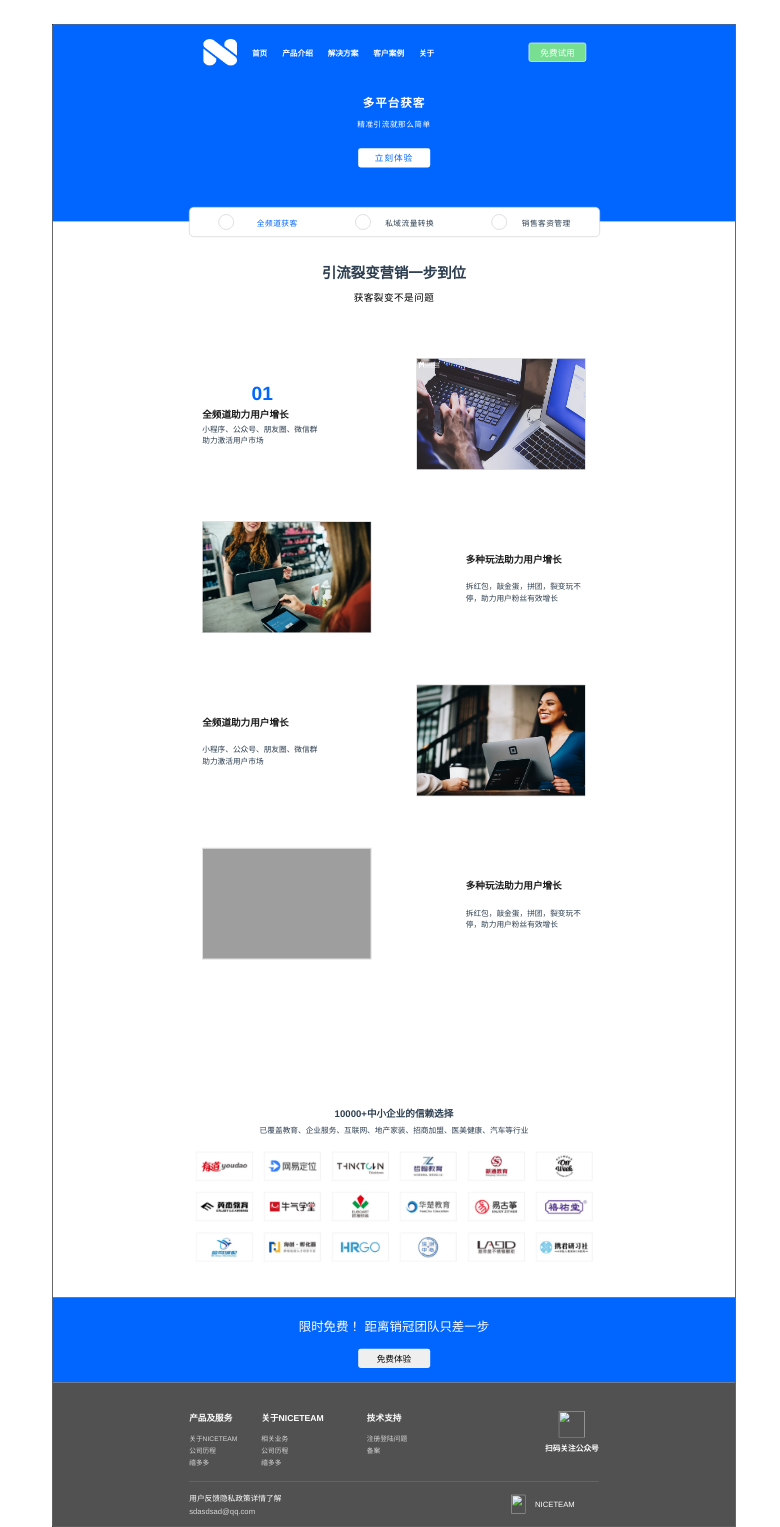
Repository: Alex-2020-0211/xrkj-guanwang
Page: /#/productintroduction (app in src/)
An editor plug-in stored every save of this project. The page is shown before and after the next save, followed by the edit.
The browser window is 1280 px wide. The page is 1300 px wide, so the pictures cover 1300 px, including what lies to the right of the window. The pictures show the whole page, at 60% of full size.
Pictures or frames that could not be fetched are drawn as grey boxes. The project was rebuilt for these pictures with package versions that can differ from the ones it lists, and the page was loaded fresh each time. Also part of the build but not shown: src/src/components/Header.vue, src/src/views/Home.vue.

Above is the page before, as saved 2021-01-08 09:55:56.

### src/public/index.html
<!DOCTYPE html>
<html lang="en">
  <head>
    <meta charset="utf-8">
    <meta http-equiv="X-UA-Compatible" content="IE=edge">
    <meta name="viewport" content="width=device-width,initial-scale=1.0">
    <link rel="icon" href="<%= BASE_URL %>favicon.ico">
    <title><%= htmlWebpackPlugin.options.title %></title>
  </head>
  <body>
    <noscript>
      <strong>We're sorry but <%= htmlWebpackPlugin.options.title %> doesn't work properly without JavaScript enabled. Please enable it to continue.</strong>
    </noscript>
    <div id="app"></div>
    <!-- built files will be auto injected -->
  </body>
  <script>
    (function(){
      var html = document.documentElement;
      function onWindowResize(){
        html.style.fontSize = html.getBoundingClientRect().width / 16 + 'px';
      }
      window.addEventListener('resize',onWindowResize);
      onWindowResize();
    })();
  </script>
</html>

### src/src/main.js
import Vue from 'vue'
import { Image, Carousel, CarouselItem, Popover, Button } from 'element-ui'
import App from './App.vue'
import router from './router'
import store from './store'

import "../src/assets/css/reset.css"

Vue.use( Image )
Vue.use( Carousel )
Vue.use( CarouselItem )
Vue.use( Popover )
Vue.use( Button )

Vue.config.productionTip = false

new Vue({
  router,
  store,
  render: h => h(App)
}).$mount('#app')

### src/src/App.vue
<template>
  <div id="app" v-cloak>
    <router-view />
  </div>
</template>

<style lang="scss">
[v-cloak] {
  display: none !important;
}
html {
  width: 100%;
  height: 100%;
}
body {
  width: 100%;
  height: 100%;
}
#app {
  font-family: Avenir, Helvetica, Arial, sans-serif;
  -webkit-font-smoothing: antialiased;
  -moz-osx-font-smoothing: grayscale;
  text-align: center;
  color: #2c3e50;
  width: 100%;
  height: 100%;
}
</style>

### src/src/router/index.js
import Vue from 'vue'
import VueRouter from 'vue-router'
import Home from '../views/Home.vue'

Vue.use(VueRouter)

const routes = [{
    path: '/',
    name: 'Home',
    component: Home
  },
  {
    path: '/productintroduction',
    name: 'ProductIntroduction',
    component: () => import( /* webpackChunkName: "about" */ '../views/ProductIntroduction.vue')
  },
  {
    path: '/solutions',
    name: 'Solutions',
    component: () => import( /* webpackChunkName: "about" */ '../views/solutions/Solutions.vue'),
  },
  {
    path: '/getcustomer', //以“/”开头的嵌套路径会被当作根路径，所以子路由上不用加“/”;在生成路由时，主路由上的path会被自动添加到子路由之前，所以子路由上的path不用在重新声明主路由上的path了。
    name: 'GetCustomer',
    component: () => import( /* webpackChunkName: "about" */ '../views/solutions/GetCustomer.vue')
  },
  // {
  //   path: '/connect',
  //   name: 'Connect',
  //   component: () => import( /* webpackChunkName: "about" */ '../views/solutions/Connect.vue')
  // },
  {
    path: '/transform',
    name: 'Transform',
    component: () => import( /* webpackChunkName: "about" */ '../views/solutions/Transform.vue')
  },
  {
    path: '/manage',
    name: 'Manage',
    component: () => import( /* webpackChunkName: "about" */ '../views/solutions/Manage.vue')
  },
  {
    path: '/customercase',
    name: 'CustomerCase',
    component: () => import( /* webpackChunkName: "about" */ '../views/CustomerCase.vue')
  },
  {
    path: '/aboutus',
    name: 'AboutUs',
    component: () => import( /* webpackChunkName: "about" */ '../views/AboutUs.vue')
  },
  {
    path: '*',
    name: 'NotFound',
    component: () => import( /* webpackChunkName: "about" */ '../views/NotFound.vue')
  },
]

const router = new VueRouter({
  routes
})

export default router

### src/src/assets/css/reset.css
html {
    overflow-x: auto;
    overflow-y: scroll;
}

body,
dl,
dt,
dd,
ul,
ol,
li,
pre,
form,
fieldset,
input,
p,
blockquote,
th,
td {
    font-weight: 400;
    margin: 0;
    padding: 0;
}

h1,
h2,
h3,
h4,
h4,
h5 {
    margin: 0;
    padding: 0;
}

body {
    background-color: #FFFFFF;
    color: #666666;
    font-family: Helvetica, Arial, sans-serif;
    font-size: 12px;
    padding: 0 10px;
    text-align: left;
}

select {
    font-size: 12px;
}

table {
    border-collapse: collapse;
}

fieldset,
img {
    border: 0 none;
}

fieldset {
    margin: 0;
    padding: 0;
}

fieldset p {
    margin: 0;
    padding: 0 0 0 8px;
}

legend {
    display: none;
}

address,
caption,
em,
strong,
th,
i {
    font-style: normal;
    font-weight: 400;
}

table caption {
    margin-left: -1px;
}

hr {
    border-bottom: 1px solid #FFFFFF;
    border-top: 1px solid #E4E4E4;
    border-width: 1px 0;
    clear: both;
    height: 2px;
    margin: 5px 0;
    overflow: hidden;
}

ol,
ul {
    list-style-image: none;
    list-style-position: outside;
    list-style-type: none;
}

caption,
th {
    text-align: left;
}

q:before,
q:after,
blockquote:before,
blockquote:after {
    content: ””;
}

### src/src/views/ProductIntroduction.vue
<template>
  <div class="productintroduction">
    <div class="border">
      <!-- 头部 -->
      <div class="header">
        <div class="headerTop">
          <p class="bar">
            <img class="logo" src="../assets/img/logo.png" alt />
            <a href="http://localhost:8080/#/">首页</a>
            <a href="http://localhost:8080/#/productintroduction">产品介绍</a>
            <a href="http://localhost:8080/#/solutions">解决方案</a>
            <a href="http://localhost:8080/#/customercase">客户案例</a>
            <a href="http://localhost:8080/#/aboutus">关于</a>
          </p>
          <button class="mianfei">免费试用</button>
        </div>
        <div class="headerMain">
          <div class="theme">
            <dl>
              <dt>多平台获客</dt>
              <dd>精准引流就那么简单</dd>
            </dl>
            <button class="knowMore" @click="goAbout()">立刻体验</button>
          </div>
        </div>
      </div>
      <!-- 导航 -->
      <div class="nav">
        <div
          class="nav-item"
          @click="
            On1();
            goProductIntroduction();
          "
        >
          <p class="nav-circle"></p>
          <span :class="isOn1">全频道获客</span>
        </div>
        <div
          class="nav-item"
          @click="
            On2();
            goTransform();
          "
        >
          <p class="nav-circle"></p>
          <span :class="isOn2">私域流量转换</span>
        </div>
        <div
          class="nav-item"
          @click="
            On3();
            goManage();
          "
        >
          <p class="nav-circle"></p>
          <span :class="isOn3">销售客资管理</span>
        </div>
      </div>
      <!-- OneStop -->
      <div class="oneStop">
        <div class="top">
          <h5>引流裂变营销一步到位</h5>
          <p class="question">
            获客裂变不是问题
          </p>
          <div class="case">
            <dl>
              <span class="sort">01</span>
              <dt>全频道助力用户增长</dt>
              <dd>小程序、公众号、朋友圈、微信群助力激活用户市场</dd>
            </dl>
            <img src="../assets/img/huoke-1.png" />
          </div>
          <div class="f9">
            <div class="case">
              <img src="../assets/img/huoke-2.png" />
              <dl>
                <dt>多种玩法助力用户增长</dt>
                <dd>拆红包，敲金蛋，拼团，裂变玩不停，助力用户粉丝有效增长</dd>
              </dl>
            </div>
          </div>
          <div class="case">
            <dl>
              <dt>全频道助力用户增长</dt>
              <dd>小程序、公众号、朋友圈、微信群助力激活用户市场</dd>
            </dl>
            <img src="../assets/img/huoke-3.png" />
          </div>
          <div class="f9">
            <div class="case">
              <img src="../assets/img/huoke-4.png" />
              <dl>
                <dt>多种玩法助力用户增长</dt>
                <dd>拆红包，敲金蛋，拼团，裂变玩不停，助力用户粉丝有效增长</dd>
              </dl>
            </div>
          </div>
        </div>
        <div class="bottom">
          <div class="comer">
            <dl>
              <dt>10000+中小企业的信赖选择</dt>
              <dd>
                已覆盖教育、企业服务、互联网、地产家装、招商加盟、医美健康、汽车等行业
              </dd>
            </dl>
            <img src="../assets/img/comer.png" alt="" />
          </div>
        </div>
      </div>
      <!-- 底部 -->
      <Footer :footerData="footerData" />
    </div>
  </div>
</template>

<script>
// import Header from "../components/Header";
import Footer from "../components/Footer";

export default {
  name: "ProductIntroduction",
  components: {
    // Header,
    Footer,
  },
  data() {
    return {
      url: require("../assets/img/fuli.png"),
      headerData: {
        free: "免费试用",
        title: "管理也能玩出味 ?",
        content: "",
        detail:
          "NICETEAM : 让管理不再沉闷，工作玩味不停，全国上千家中小企业的销售福星",
        immediately: "立即咨询",
        path: "1",
      },
      footerData: {
        title: "限时免费！ 距离销冠团队只差一步",
      },
      isOn1: "on",
      isOn2: "",
      isOn3: "",
    };
  },
  methods: {
    goAbout() {
      this.$router.replace("/aboutus");
    },
    goProductIntroduction() {
      this.$router.replace("/productintroduction");
    },
    goTransform() {
      this.$router.replace("/transform");
    },
    goManage() {
      this.$router.replace("/manage");
    },
    On1() {
      this.isOn1 = "on";
      this.isOn2 = "";
      this.isOn3 = "";
    },
    On2() {
      this.isOn1 = "";
      this.isOn2 = "on";
      this.isOn3 = "";
    },
    On3() {
      this.isOn1 = "";
      this.isOn2 = "";
      this.isOn3 = "on";
    },
  },
};
</script>

<style lang="scss" scoped>
.productintroduction {
  font-size: 0.16rem;
  .border {
    width: 88.88%;
    margin-top: 0.5rem;
    margin-left: 6%;
    border: 0.01rem solid #000;
    // 头部
    .header {
      width: 100%;
      height: 4.1rem;
      color: #fff;
      background-color: #06f;
      .headerTop {
        width: 60%;
        margin-left: 21%;
        padding-top: 0.3rem;
        display: flex;
        justify-content: space-between;
        align-items: center;
        .logo {
          width: 0.7rem;
          height: 0.55rem;
        }
        .bar {
          width: 60%;
          font-weight: bold;
          display: flex;
          justify-content: space-around;
          align-items: center;
          a {
            text-decoration: none;
          }
          a:link {
            color: #fff;
          }
          a:visited {
            color: #fff;
          }
        }
        .mianfei {
          width: 1.2rem;
          height: 0.4rem;
          font-size: 0.18rem;
          color: #fff;
          border: 0.01rem solid #fff;
          border-radius: 0.05rem;
          background-color: #78df92;
          margin-right: 0.4rem;
          outline: none;
        }
        .mianfei:active {
          border: 0.01rem solid #06f;
        }
      }
      .headerMain {
        width: 60%;
        height: 2.7rem;
        margin-left: 20%;
        display: flex;
        justify-content: space-around;
        align-items: center;
        dl {
          dt {
            font-size: 0.24rem;
            font-weight: bold;
            text-align: center;
            margin-bottom: 0.15rem;
            letter-spacing: 0.02rem;
          }
          dd {
            font-size: 0.16rem;
            letter-spacing: 0.01rem;
            text-align: left;
            margin-bottom: 0.4rem;
          }
        }
        .knowMore {
          width: 1.5rem;
          height: 0.4rem;
          color: #06f;
          font-size: 0.18rem;
          letter-spacing: 0.02rem;
          background-color: #fff;
          border: 0;
          border-radius: 0.05rem;
          outline: none;
        }
        .knowMore:active {
          background-color: #f63;
          color: #fff;
        }
      }
    }
    // 导航
    .nav {
      width: 60%;
      margin-left: 20%;
      margin-top: -0.3rem;
      height: 0.6rem;
      display: flex;
      justify-content: space-between;
      align-items: center;
      background-color: #fff;
      border: 0.01rem solid #ccc;
      border-radius: 0.1rem;
      .nav-item {
        width: 20%;
        margin-left: 7%;
        margin-right: 7%;
        display: flex;
        justify-content: space-between;
        align-items: center;
        .nav-circle {
          width: 0.3rem;
          height: 0.3rem;
          border: 0.02rem solid #ccc;
          border-radius: 50%;
        }
        span {
          letter-spacing: 0.01rem;
        }
      }
      .on {
        color: #06f;
      }
    }
    // OneStop
    .oneStop {
      .top {
        h5 {
          font-size: 0.3rem;
          display: block;
          padding-top: 0.5rem;
          padding-bottom: 0.15rem;
        }
        .question {
          width: 40%;
          margin-left: 30%;
          color: #000;
          font-size: 0.2rem;
          margin-bottom: 0.6rem;
          letter-spacing: 0.01rem;
        }
        .case {
          width: 70%;
          margin-left: 15%;
          height: 3.4rem;
          display: flex;
          justify-content: space-around;
          align-items: center;
          .sort {
            color: #06f;
            font-size: 0.4rem;
            font-weight: bolder;
          }
          img {
            width: 3.5rem;
            height: 2.3rem;
            border: 1px solid #ccc;
          }
          dl {
            height: 40%;
            display: flex;
            flex-direction: column;
            justify-content: space-around;
            dt {
              text-align: left;
              font-size: 0.2rem;
              font-weight: bold;
              color: #1b1b1b;
            }
            dd {
              width: 2.5rem;
              text-align: left;
            }
          }
        }
      }
      .bottom {
        margin-top: 2.5rem;
        margin-bottom: 0.5rem;
        .comer {
          margin-top: 0.15rem;
          dl {
            margin-bottom: 0.2rem;
            dt {
              font-size: 0.2rem;
              font-weight: bold;
              margin-bottom: 0.1rem;
            }
          }
          img {
            width: 8.6rem;
          }
        }
      }
    }
  }
}
</style>

### src/src/components/Footer.vue
<template>
  <div class="footer">
    <div class="footerTop">
      <h5>{{ footerData.title }}</h5>
      <button>免费体验</button>
    </div>
    <div class="footerBottom">
      <div class="detail">
        <div class="left">
          <dl>
            <dt>产品及服务</dt>
            <dd>关于NICETEAM</dd>
            <dd>公司历程</dd>
            <dd>禧多多</dd>
          </dl>
          <dl>
            <dt>关于NICETEAM</dt>
            <dd>相关业务</dd>
            <dd>公司历程</dd>
            <dd>禧多多</dd>
          </dl>
          <dl class="jishu">
            <dt>技术支持</dt>
            <dd>注册登陆问题</dd>
            <dd style="margin-bottom: 0.09rem;">备案</dd>
            <dd style="color: #515151">1</dd>
          </dl>
        </div>
        <div class="right">
          <img src="" alt="" />
          <p>扫码关注公众号</p>
        </div>
      </div>
      <p class="line"></p>
      <div class="bottom">
        <dl>
          <dt>
            <span>用户反馈</span><span>隐私政策</span><span>详情了解</span>
          </dt>
          <dd>sdasdsad@qq.com</dd>
        </dl>
        <p><img src="" alt="" /><span>NICETEAM</span></p>
      </div>
    </div>
  </div>
</template>

<script>
export default {
  name: "Footer",
  props: {
    footerData: {
      type: Object,
    },
  },
  data() {
    return {};
  },
  methods: {},
};
</script>

<style scoped lang="scss">
// 底部
.footer {
  height: 4.78rem;
  .footerTop {
    height: 1.78rem;
    background-color: #06f;
    h5 {
      font-size: 0.26rem;
      font-weight: normal;
      color: #fff;
      padding-top: 0.4rem;
      padding-bottom: 0.3rem;
    }
    button {
      // display: flex;
      width: 1.5rem;
      height: 0.4rem;
      line-height: 0.4rem;
      font-size: 0.18rem;
      border: 0;
      border-radius: 0.05rem;
    }
  }
  .footerBottom {
    height: 3rem;
    background-color: #515151;
    color: #fff;
    .detail {
      width: 60%;
      margin-left: 20%;
      padding-top: 0.6rem;
      display: flex;
      justify-content: space-between;
      .left {
        dl {
          display: inline-block;
          margin-right: 0.5rem;
          dt {
            font-weight: bold;
            font-size: 0.18rem;
            text-align: left;
            margin-bottom: 0.2rem;
          }
          dd {
            text-align: left;
            font-size: 0.14rem;
            margin-bottom: 0.05rem;
            color: #d7d7d7;
          }
        }
        .jishu {
          margin-left: 0.4rem;
        }
      }
      .right {
        img {
          width: 0.55rem;
          height: 0.55rem;
        }
        p {
          font-weight: bold;
          margin-top: 0.05rem;
        }
      }
    }
    .line {
      width: 60%;
      margin-left: 20%;
      border-bottom: 0.02rem solid #727272;
      margin-top: 0.25rem;
      margin-bottom: 0.2rem;
    }
    .bottom {
      width: 60%;
      margin-left: 20%;
      display: flex;
      justify-content: space-between;
      dl {
        dt {
          margin-bottom: 0.08rem;
        }
        dd {
          text-align: left;
          color: #d7d7d7;
        }
      }
      p {
        margin-right: 0.5rem;
        display: flex;
        align-items: center;
        img {
          width: 0.3rem;
          height: 0.4rem;
          margin-right: 0.2rem;
        }
      }
    }
  }
}
</style>

Loaded but not shown: src/src/store/index.js (common file)

After the next save:
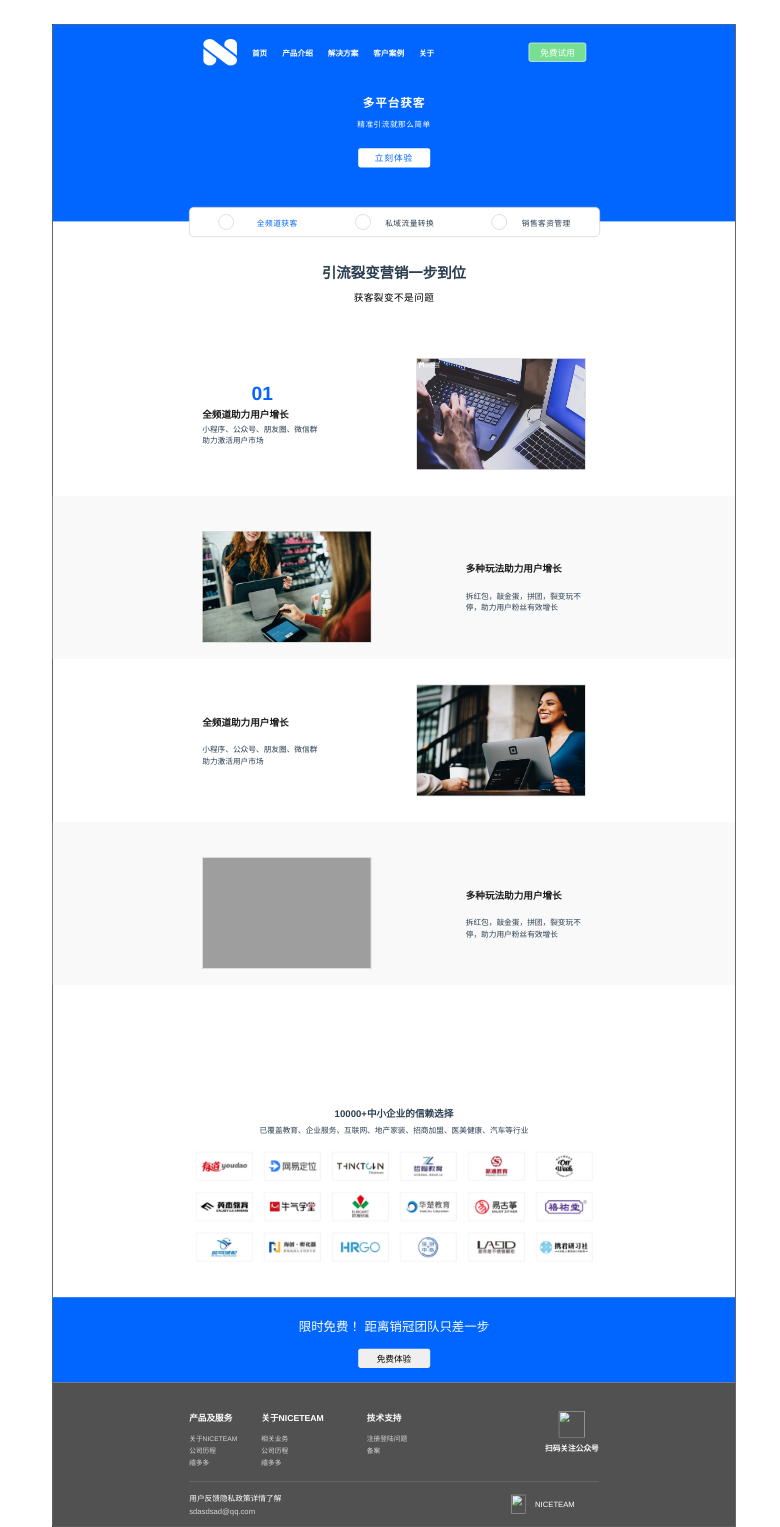
Saved 50 s later.
--- a/src/src/views/ProductIntroduction.vue
+++ b/src/src/views/ProductIntroduction.vue
@@ -323,6 +323,12 @@
           margin-bottom: 0.6rem;
           letter-spacing: 0.01rem;
         }
+        .f9 {
+          width: 100%;
+          height: 3.2rem;
+          padding-top: 0.2rem;
+          background-color: #f9f9f9;
+        }
         .case {
           width: 70%;
           margin-left: 15%;
